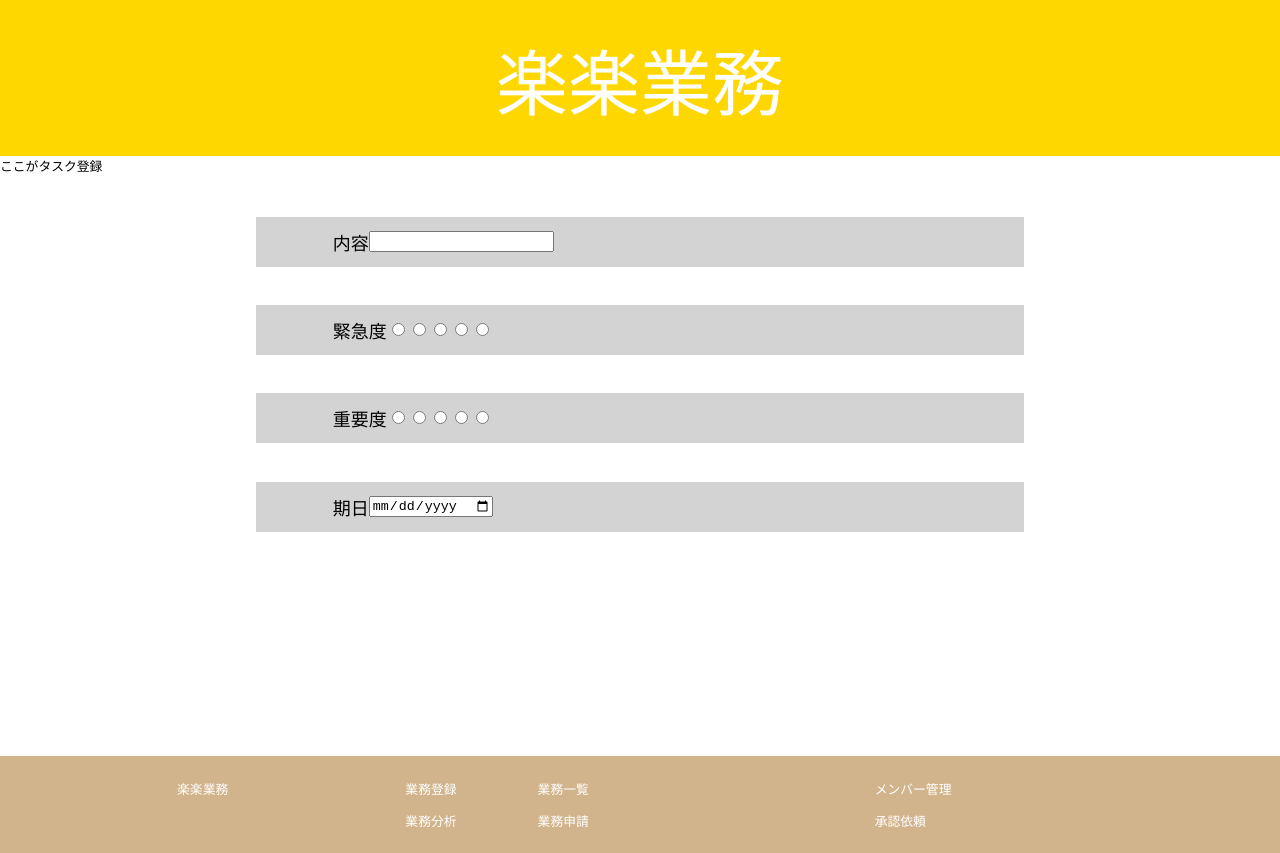
Repository: Reiya-1003/VueReplaceTask
Page: /#/register
An editor plug-in stored every save of this project. The page is shown before and after the next save, followed by the edit.
The browser window is 1280 px wide. The pictures show the whole page.
The project was rebuilt for these pictures with package versions that can differ from the ones it lists, and the page was loaded fresh each time. Also part of the build but not shown: vue.config.js, src/components/pages/PageHome.vue.

Above is the page before, as saved 2022-06-16 15:40:27.

### public/index.html
<!DOCTYPE html>
<html lang="">
  <head>
    <meta charset="utf-8">
    <meta http-equiv="X-UA-Compatible" content="IE=edge">
    <meta name="viewport" content="width=device-width,initial-scale=1.0">
    <link rel="icon" href="<%= BASE_URL %>favicon.ico">
    <link rel="stylesheet" href="style.css">
    <title><%= htmlWebpackPlugin.options.title %></title>
  </head>
  <body>
    <noscript>
      <strong>We're sorry but <%= htmlWebpackPlugin.options.title %> doesn't work properly without JavaScript enabled. Please enable it to continue.</strong>
    </noscript>
    <div id="app"></div>
    <!-- built files will be auto injected -->
  </body>
</html>

### src/main.js
import Vue from 'vue'
import App from './App.vue'
import router from './roter'

Vue.config.productionTip = false


new Vue({
  router,
  render: h => h(App),
}).$mount('#app')

### src/App.vue
<template>
  <div>
      <PageHeader />

        <!-- <PageHome /> -->
        <router-view />

      <PageFooter />
  </div>
</template>

<script>
import PageHeader from "./components/modules/PageHeader";
import PageFooter from "./components/modules/PageFooter";


export default {
  name: 'App',
  components: {
    PageHeader,
    PageFooter,


  },

}
</script>

<style>

</style>

### src/roter.js
import Vue from 'vue'
import VueRouter from 'vue-router'
import Home from '@/components/pages/PageHome.vue'
import Register from '@/components/pages/PageRegister.vue'




Vue.use(VueRouter)

export default new VueRouter({
  // デフォルトの挙動では URL に `#` が含まれる.
  // URL から hash を取り除くには `mode:history` を指定する
  // mode: 'history',
  base: __dirname,

  routes: [
    {
      path: '/',
      name: 'home',
      component: Home
    },
    {
      path: '/register',
      name: 'register',
      component: Register
    },



  ]

})

### src/components/modules/PageHeader.vue
<template>
  <header id="headerblock">

    <h1 id="title" ><router-link to="/" >楽楽業務</router-link></h1>


  </header>
</template>

<script>
export default {
  name: 'PageHeader',

}
</script>


<style lang="scss" type="text/css">
  #headerblock{
    height: 10%;
    width: 100%;
    background-color: #ffd700;
    h1{
      margin: 0;
      text-align: center;
      padding: 2%;
      color: white;
      font-size: 10vh;
      font-weight: normal;
      a{
      cursor: pointer;
      color: inherit;
      text-decoration: none;
    }
    }


  }
</style>

### src/components/modules/PageFooter.vue
<template>
  <div id="footblock">

    <div class="flexitem1">
      <p><router-link to="/" >楽楽業務</router-link></p>
    </div>
    <div class="flexitem2">
      <div>
        <!-- roter-linkになると思う -->
        <p><router-link to="/register">業務登録</router-link></p>
        <p>業務分析</p>
      </div>
      <div class="item">
        <p>業務一覧</p>
        <p>業務申請</p>
      </div>
    </div>
    <div class="flexitem3">
      <p>メンバー管理</p>
      <p>承認依頼</p>
    </div>


  </div>
</template>

<script>
export default {
  name: 'PageFooter',

}
</script>


<style lang="scss" type="text/css">
  #footblock{
    background-color: #d2b48c;
    color: white;
    display: flex;
    justify-content: space-around;

    .flexitem1{
      width: 100%;
      text-align: center;
      padding-top: 10px;
      padding-bottom: 10px;
      a{
      cursor: pointer;
      color: inherit;
      text-decoration: none;
      }
    }
    .flexitem2{
      width: 100%;
      display: flex;
      padding-top: 10px;
      padding-bottom: 10px;
      justify-content: flex-start;
      a{
      cursor: pointer;
      color: inherit;
      text-decoration: none;
      }
      .item{
        padding-left: 20%;
      }
    }
    .flexitem3{
      padding-top: 10px;
      padding-bottom: 10px;
      padding-left: 5%;
      width: 100%;
      a{
      cursor: pointer;
      color: inherit;
      text-decoration: none;
      }
    }
  }
</style>

### src/components/pages/PageRegister.vue
<template>
  <div style="height: 600px">
    <div>ここがタスク登録</div>

    <div class="listbox">
      <div class="listitem"><span class="itemtitle">内容</span><span><input type="text"></span></div>
      <div class="listitem"><span class="itemtitle">緊急度</span><span><input type="radio"><input type="radio"><input type="radio"><input type="radio"><input type="radio"></span></div>
      <div class="listitem"><span class="itemtitle">重要度</span><span><input type="radio"><input type="radio"><input type="radio"><input type="radio"><input type="radio"></span></div>
      <div class="listitem"><span class="itemtitle">期日</span><span><input type="date"></span></div>
    </div>

  </div>
</template>

<script>
export default {
  name: "PageRegister",
};
</script>

<style lang="scss" type="text/css">
.listbox {
  margin: 3px auto;
  height: 400px;
  width: 60%;
  display: flex;
  flex-direction: column;

  .listitem{
   height: 50px;
   display: flex;
   align-items: center;
   margin-top: 5%;
   background-color:lightgray;
   text-align: center;
   .itemtitle{
     margin-left: 10%;
     font-size: large;

   }
  }




}
</style>

### public/style.css
body{
  margin: 0;
  font-size: 1vmax;
}

After the next save:
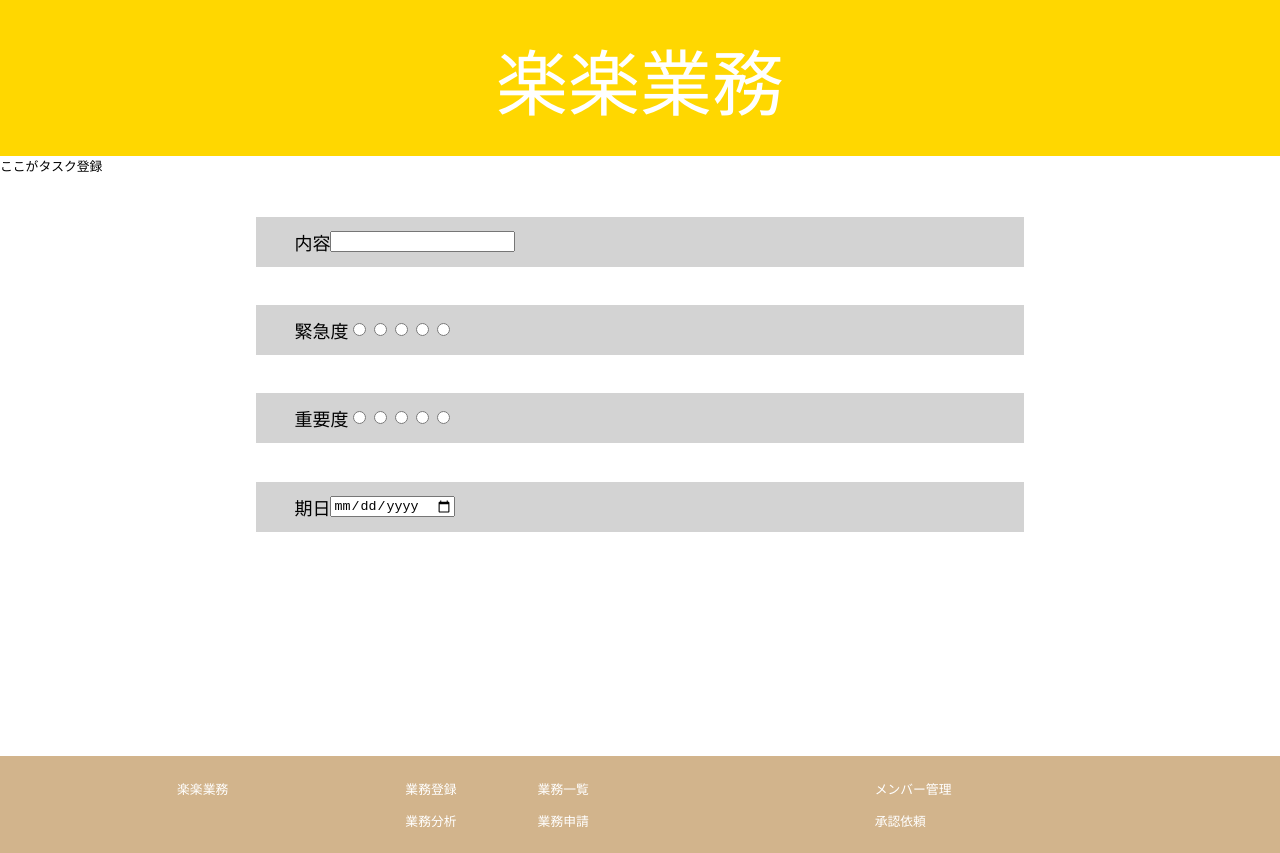
Saved 8 s later.
--- a/src/components/pages/PageRegister.vue
+++ b/src/components/pages/PageRegister.vue
@@ -34,7 +34,7 @@ export default {
    background-color:lightgray;
    text-align: center;
    .itemtitle{
-     margin-left: 10%;
+     margin-left: 5%;
      font-size: large;
 
    }
